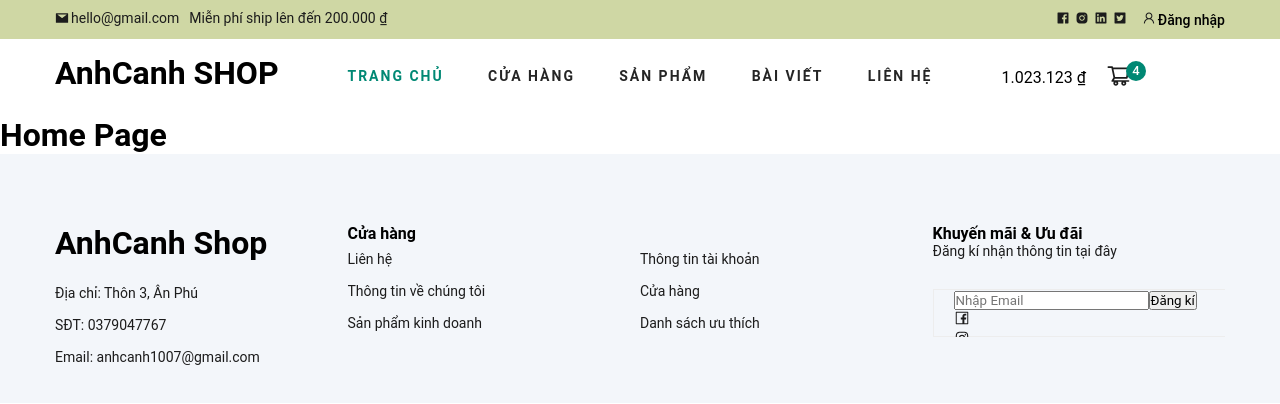
Repository: anhcanh1007/show_product
Page: /
These files come from the project's save history. The page is drawn as it stood at one moment and after the next save; the edit follows.
The browser window is 1280 px wide. The pictures show the whole page.
The project was rebuilt for these pictures with package versions that can differ from the ones it lists, and the page was loaded fresh each time. Imported but missing from the stored project, and not drawn on this page: src/pages/user/profilePage.

Above is the page before, as saved 2024-01-26 23:14:00.

### src/index.js
import React from "react";
import ReactDOM from "react-dom/client";
import { BrowserRouter } from "react-router-dom";
import RouterCustom from "./router";
import "./style/style.scss";

const root = ReactDOM.createRoot(document.getElementById("root"));
root.render(
  <BrowserRouter>
    <RouterCustom />
  </BrowserRouter>
);

// If you want to start measuring performance in your app, pass a function
// to log results (for example: reportWebVitals(console.log))
// or send to an analytics endpoint. Learn more: https://bit.ly/CRA-vitals

### src/router.js
import { ROUTERS } from "./utils/router";
import HomePage from "./pages/user/homePage";
import ProfilePage from "./pages/user/profilePage";
import { Route, Routes } from "react-router-dom";
import MasterLayout from "./pages/user/theme/masterLayout";

const renderUserRouter = () => {
  const userRouters = [
    {
      path: ROUTERS.USER.HOME,
      component: <HomePage />,
    },
    {
      path: ROUTERS.USER.PROFILE,
      component: <ProfilePage />,
    },
  ];

  return (
    <MasterLayout>
      <Routes>
        {userRouters.map((item, key) => (
          <Route key={key} path={item.path} element={item.component} />
        ))}
      </Routes>
    </MasterLayout>
  );
};

const RouterCustom = () => {
  return renderUserRouter();
};

export default RouterCustom;

### src/style/style.scss
@import './pages/all';
@import './pages/responsive';

### src/utils/router.js
export const ROUTERS = {
  USER: {
    HOME: "",
    PROFILE: "thong-tin-ca-nhan",
  },
};

### src/pages/user/homePage/index.js
import { memo } from "react";

const HomePage = () => {
  return <h1>Home Page</h1>;
};

export default memo(HomePage);

### src/pages/user/theme/masterLayout/index.js
import { memo } from "react";
import Header from "../header";
import Footer from "../footer";

const MasterLayout = ({ children, ...props }) => {
  return (
    <div {...props}>
      <Header />
      {children}
      <Footer />
    </div>
  );
};

export default memo(MasterLayout);

### src/style/pages/_all.scss
@use "sass:map";
@import './theme';
@import './responsive';

html, body {
    margin: 0;
}

* {
    font-family: Roboto;
    padding: 0;
    margin: 0;
}

.container {
    max-width: 1170px;
    width: 100%;
    padding-left: 15px;
    padding-right: 15px;
    // background: map.get($theme-colors, "main");
    margin: auto;
}

.row {
    display: flex;
    flex-wrap: wrap;
}

.col-6 {
    flex: 0 0 50%;
    max-width: 50%;
}

.col-lg-3 {
    flex: 0 0 25%;
    max-width: 25%;
}

.col-lg-6 {
    flex: 0 0 50%;
    max-width: 50%;
}

@include Responsive($DESTOP) {
    .col-xl-3 {
        flex: 0 0 25%;
        max-width: 25%;
    }
    .col-xl-6 {
        flex: 0 0 50%;
        max-width: 50%;
    }
}

@include Responsive($MEDIUM_DEVICE) {
    .col-lg-3 {
        flex: 0 0 25%;
        max-width: 25%;
        background: red;
    }
}

### src/style/pages/_theme.scss
$theme-colors : (
    "main" : #008874,
    "normal_text": #1c1c1c,
    "bold_text": #252525,
)

### src/style/pages/_responsive.scss
$DESTOP: "DESTOP";
$MEDIUM_DEVICE: "MEDIUM_DEVICE";
$TABLE_DEVICE: "TABLE_DEVICE";
$WIDE_MOBILE: "WIDE_MOBILE";
$SMALL_DEVICES: "SMALL_DEVICES";

@mixin Responsive($canvas) {
    @if $canvas == $DESTOP {
        @media only screen and (min-width: 1200px){
            @content;
        }
    } @else if $canvas == $MEDIUM_DEVICE {
        @media only screen and (min-width: 992px) and (max-width: 1199px){
            @content;
        }
    } @else if $canvas == $TABLE_DEVICE {
        @media only screen and (min-width: 768px) and (max-width: 991px){
            @content;
        }
    } @else if $canvas == $WIDE_MOBILE {
        @media only screen and (max-width: 767px){
            @content;
        }
    } @else if $canvas == $MEDIUM_DEVICE {
        @media only screen and (max-width: 575px){
            @content;
        }
    }
}

### src/pages/user/theme/header/index.js
import { memo, useState } from "react";
import {
  AiFillFacebook,
  AiFillInstagram,
  AiFillLinkedin,
  AiFillMail,
  AiFillTwitterSquare,
  AiOutlineShoppingCart,
  AiOutlineUser,
} from "react-icons/ai";
import "./style.scss";
import { Link } from "react-router-dom";
import { formater } from "utils/formater";
import { ROUTERS } from "utils/router";

const Header = () => {
  const [menus, setMenus] = useState([
    {
      name: "Trang chủ",
      path: ROUTERS.USER.HOME,
    },
    {
      name: "Cửa hàng",
      path: ROUTERS.USER.HOME,
    },
    {
      name: "Sản phẩm",
      path: "",
      isShowSubmenu: false,
      child: [
        {
          name: "Thịt",
          path: "",
        },
        {
          name: "Rau củ",
          path: "",
        },
        {
          name: "Thức ăn nhanh",
          path: "",
        },
      ],
    },
    {
      name: "Bài viết",
      path: ROUTERS.USER.HOME,
    },
    {
      name: "Liên hệ",
      path: ROUTERS.USER.HOME,
    },
  ]);
  return (
    <>
      <div className="header__top">
        <div className="container">
          <div className="row">
            <div className="col-6 header__top_left">
              <ul>
                <li>
                  <AiFillMail />
                  <span>hello@gmail.com</span>
                </li>
                <li>Miễn phí ship lên đến {formater(200000)}</li>
              </ul>
            </div>
            <div className="col-6 header__top_right">
              <ul>
                <li>
                  <Link to={""}>
                    <AiFillFacebook />
                  </Link>
                </li>
                <li>
                  <Link to={""}>
                    <AiFillInstagram />
                  </Link>
                </li>
                <li>
                  <Link to={""}>
                    <AiFillLinkedin />
                  </Link>
                </li>
                <li>
                  <Link to={""}>
                    <AiFillTwitterSquare />
                  </Link>
                </li>
                <li>
                  <Link to={""}>
                    <AiOutlineUser />
                  </Link>
                  <span>Đăng nhập</span>
                </li>
              </ul>
            </div>
          </div>
        </div>
      </div>
      <div className="container">
        <div className="row">
          <div className="col-xl-3">
            <div className="header__logo">
              <h1>AnhCanh SHOP</h1>
            </div>
          </div>
          <div className="col-xl-6">
            <nav className="header__menu">
              <ul>
                {menus?.map((menu, menuKey) => (
                  <li key={menuKey} className={menuKey === 0 ? "active" : ""}>
                    <Link to={menu.path}>{menu.name}</Link>
                    {menu.child && (
                      <ul className="header__menu_dropdown">
                        {menu.child.map((childItem, childKey) => (
                          <li key={`${menuKey}-${childKey}`}>
                            <Link to={childItem.path}>{childItem.name}</Link>
                          </li>
                        ))}
                      </ul>
                    )}
                  </li>
                ))}
              </ul>
            </nav>
          </div>
          <div className="col-xl-3">
            <div className="header__cart">
              <div className="header__cart_price">
                <span>{formater(1023123)}</span>
              </div>
              <ul>
                <li>
                  <Link to="#">
                    <AiOutlineShoppingCart /> <span>4</span>
                  </Link>
                </li>
              </ul>
            </div>
          </div>
        </div>
      </div>
    </>
  );
};

export default memo(Header);

### src/pages/user/theme/footer/index.js
import { memo } from "react";
import "./style.scss";
import { Link } from "react-router-dom";
import {
  AiOutlineFacebook,
  AiOutlineInstagram,
  AiOutlineLinkedin,
} from "react-icons/ai";

const Footer = () => {
  return (
    <>
      <footer className="footer">
        <div className="container">
          <div className="row">
            <div className="col-lg-3">
              <div className="footer__about">
                <h1 className="footer__about_logo">AnhCanh Shop</h1>
                <ul>
                  <li>Địa chỉ: Thôn 3, Ân Phú</li>
                  <li>SĐT: 0379047767</li>
                  <li>Email: anhcanh1007@gmail.com</li>
                </ul>
              </div>
            </div>
            <div className="col-lg-6">
              <div className="footer__widget">
                <h4>Cửa hàng</h4>
                <ul>
                  <li>
                    <Link to="">Liên hệ</Link>
                  </li>
                  <li>
                    <Link to="">Thông tin về chúng tôi</Link>
                  </li>
                  <li>
                    <Link to="">Sản phẩm kinh doanh</Link>
                  </li>
                </ul>
                <ul>
                  <li>
                    <Link to="">Thông tin tài khoản</Link>
                  </li>
                  <li>
                    <Link to="">Cửa hàng</Link>
                  </li>
                  <li>
                    <Link to="">Danh sách ưu thích</Link>
                  </li>
                </ul>
              </div>
            </div>
            <div className="col-lg-3">
              <div className="footer__widget">
                <h4>Khuyến mãi & Ưu đãi</h4>
                <p>Đăng kí nhận thông tin tại đây</p>
                <form action="#">
                  <div>
                    <input type="text" placeholder="Nhập Email" />
                    <button type="submit" className="submit-button">
                      Đăng kí
                    </button>
                  </div>
                  <div>
                    <div>
                      <AiOutlineFacebook />
                    </div>
                    <div>
                      <AiOutlineInstagram />
                    </div>
                    <div>
                      <AiOutlineLinkedin />
                    </div>
                  </div>
                </form>
              </div>
            </div>
          </div>
        </div>
      </footer>
    </>
  );
};

export default memo(Footer);

### src/pages/user/theme/header/style.scss
@use "sass:map";
@import 'style/pages/_theme.scss';
.header__top{
    background-color: #CFD7A4;
}

.header__top_left {
    padding: 10px 0 10px;
    ul {
        display: flex;
        align-items: center;
        column-gap: 10px;
        list-style: none;

        li{
            font-size: 14px;
            color: map.get($theme-colors, "normal_text");
            display: flex;
            align-items: center;
            column-gap: 2px;
        }
    }
}

.header__top_right {
    display: flex;
    justify-content: flex-end;
    padding: 10px 0 10px;
    align-items: center;

    ul {
        display: flex;
        column-gap: 5px;
        list-style: none;

        li:last-child{
            margin-left: 10px;

            span {
                font-size: 14px;
                margin-left: 2px;
                font-weight: 500;
            }
        }

        a {
            font-size: 14px;
            display: inline-block;
            color: map.get($theme-colors, "normal_text");
        }
    }
}

.header__logo {
    padding: 15px 0;
}

.header__menu {
    padding: 24px 0;

    ul {
        display: flex;
        justify-content: space-between;

        li {
            list-style: none;

            a {
                text-decoration: none;
                font-size: 14px;
                color: map.get($theme-colors, 'bold_text');
                font-weight: bold;
                text-transform: uppercase;
                letter-spacing: 2px;
                transition: all 0.3s;
                padding: 5px 0;
                display: block;
            }
        }

        li:hover .header__menu_dropdown {
            opacity: 1;
            visibility: visible;
        }

        .active a{
            color: map.get($theme-colors, 'main');
        }

        .header__menu_dropdown {
            background-color: #222222;
            display: block;
            position: absolute;
            width: 180px;
            z-index: 9;
            padding: 5px 0;
            transition: all, 0.3s;
            opacity: 0;
            visibility: hidden;

            a{
                text-transform: capitalize;
                color: #ffffff;
                font-weight: 400;
                padding: 5px 15px;
            }

            :hover {
                color: map.get($theme-colors, 'main');
            }
        }
    }
}

.header__cart {
    display: flex;
    justify-content: center;
    align-items: center;
    padding: 24px 0;

    ul {
        display: flex;
        margin-right: 25px;

        li {
            list-style: none;
            position: relative;
            margin-left: 20px;

            svg {
                font-size: 25px;
                color: map.get($theme-colors, "normal_text");
            }

            span {
                color: white;
                background-color: map.get($theme-colors, "main");
                position: absolute;
                height: 20px;
                width: 20px;
                border-radius: 40px;
                display: inline-block;
                text-align: center;
                line-height: 20px;
                font-size: 13px;
                font-weight: 500;
                left: 20px;
                top: -2px;
            }
        }
    }

}

### src/utils/formater.js
export const formater = (number) => {
  return new Intl.NumberFormat("vi-VN", {
    style: "currency",
    currency: "VND",
  }).format(number);
};

### src/pages/user/theme/footer/style.scss
@use "sass:map";
@import 'style/pages/_theme.scss';

.footer {
    background: #F3F6FA;
    padding-top: 70px;
    padding-bottom: 0;
    .footer__about {
        margin-bottom: 30px;

        .footer__about_logo {
            margin-bottom: 15px;
            display: inline-block;
        }

        ul {

            li {
                list-style: none;
                color: map.get($theme-colors, 'normal_text');
                font-size: 14px;
                line-height: 32px;
            }
        }
    }

    .footer__widget {
        margin-bottom: 30px;
        overflow: hidden;

        h6 {
            color: map.get($theme-colors,'normal_text');
            margin-bottom: 10px;
            font-size: 16px;
            font-weight: 700;
        }

        ul {
            float: left;
            width: 50%;

            li {
                list-style: none;

                a {
                    color: map.get($theme-colors,'normal_text');
                    font-size: 14px;
                    line-height: 32px;
                    text-decoration: none;
                }
            }
        }

        p {
            font-size: 14px;
            color: map.get($theme-colors,'normal_text');
            margin-bottom: 30px;
        }

        form {
            width: 100%;
            font-size: 16px;
            padding-left: 20px;
            color: map.get($theme-colors,'normal_text');
            height: 46px;
            border: 1px solid #ededed;
        }
    }
}

Loaded but not shown: public/index.html (common file)

After the next save:
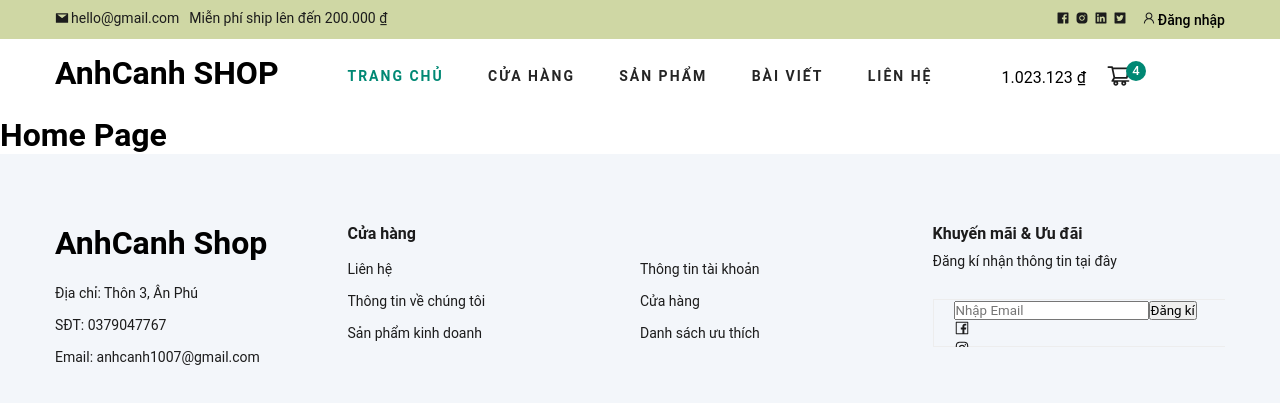
Saved 24 s later.
--- a/src/pages/user/theme/footer/index.js
+++ b/src/pages/user/theme/footer/index.js
@@ -25,7 +25,7 @@ const Footer = () => {
             </div>
             <div className="col-lg-6">
               <div className="footer__widget">
-                <h4>Cửa hàng</h4>
+                <h6>Cửa hàng</h6>
                 <ul>
                   <li>
                     <Link to="">Liên hệ</Link>
@@ -52,7 +52,7 @@ const Footer = () => {
             </div>
             <div className="col-lg-3">
               <div className="footer__widget">
-                <h4>Khuyến mãi & Ưu đãi</h4>
+                <h6>Khuyến mãi & Ưu đãi</h6>
                 <p>Đăng kí nhận thông tin tại đây</p>
                 <form action="#">
                   <div>
